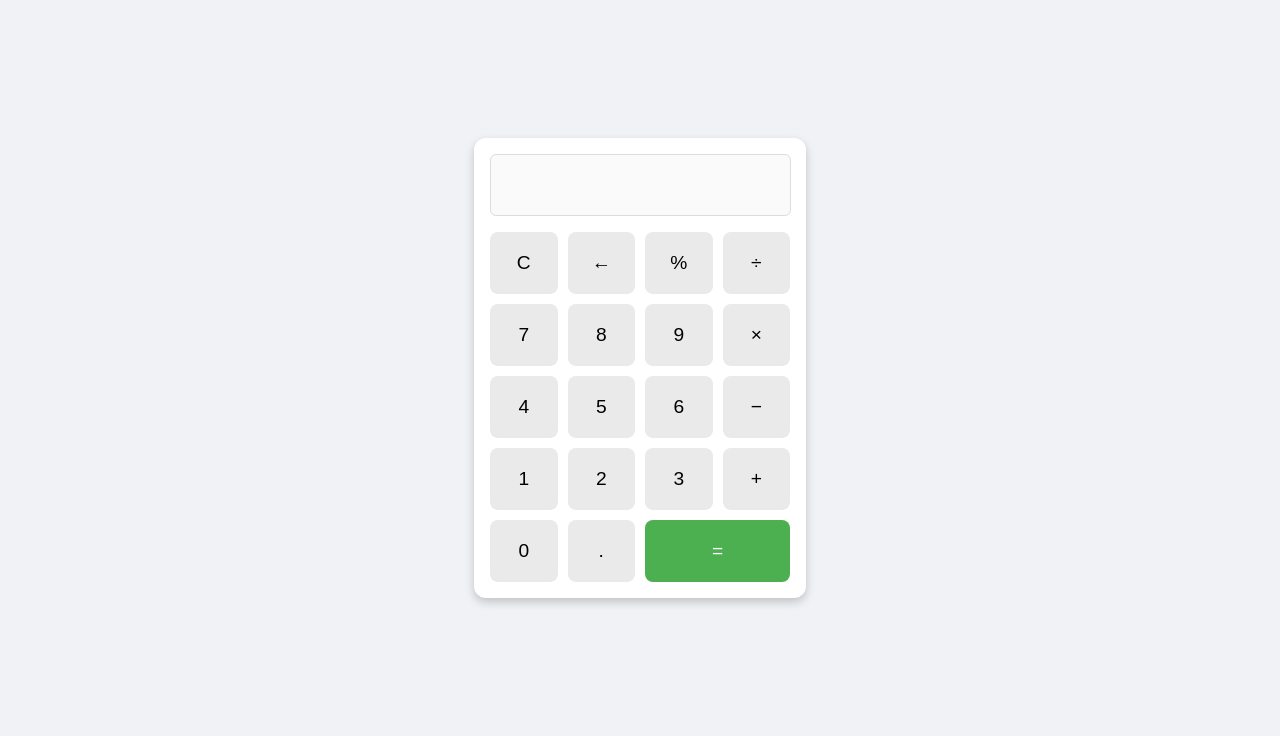
Repository: Eh-Vee/Calculator
Page: index.html
An editor plug-in stored every save of this project. The page is shown before and after a run of saves, followed by the edit.
The browser window is 1280 px wide. The pictures show the whole page.

Above is the page before, as saved 2025-06-04 08:49:24.

After the next 2 saves:
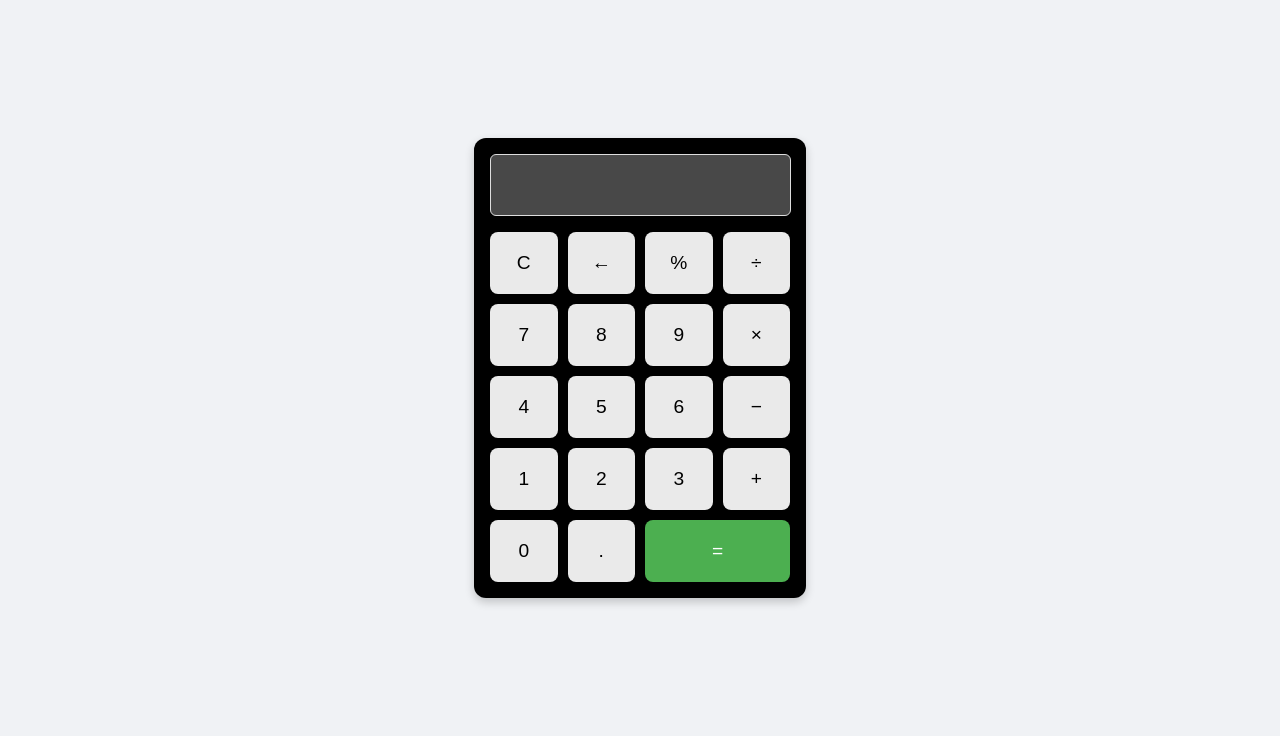
The 2 saves are shown as one change because they came seconds apart.
The last was saved 53 s later.
--- a/styles.css
+++ b/styles.css
@@ -8,7 +8,7 @@ body {
 }
 
 .calculator {
-  background: #fff;
+  background: black;
   padding: 1rem;
   border-radius: 12px;
   box-shadow: 0 4px 10px rgba(0, 0, 0, 0.2);
